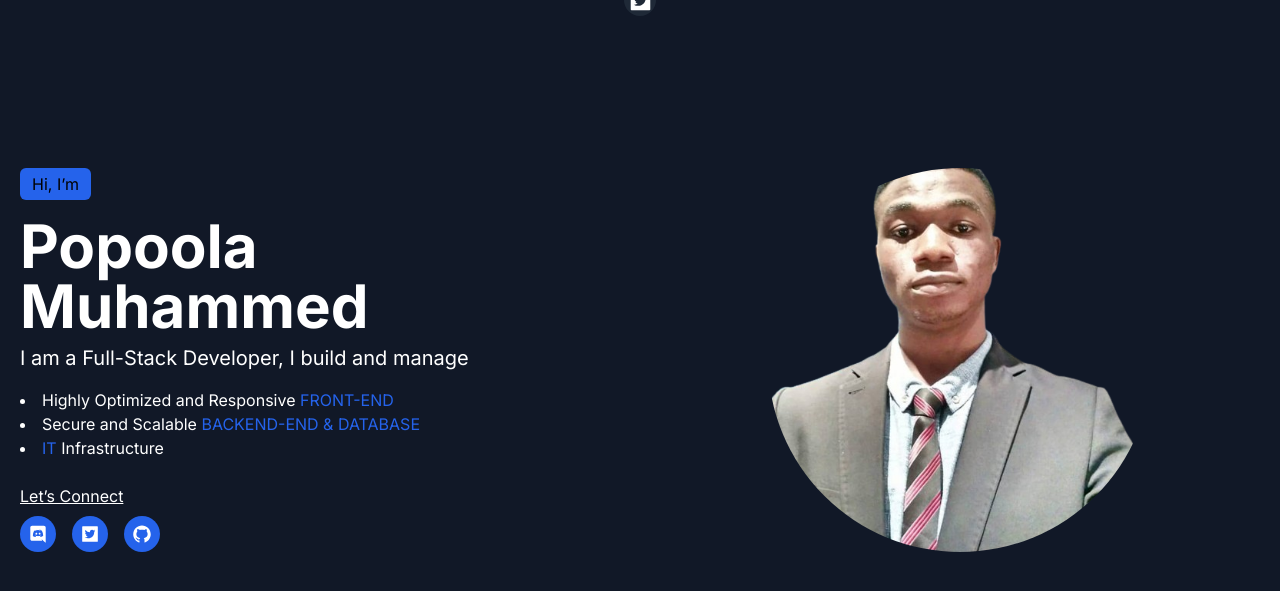
Repository: muhammedctgr/hammedctgr
Page: /
The author's editor kept a copy of each file at every save. The page is drawn from the files as they stood at one save, then again after a run of saves.
The browser window is 1280 px wide. The pictures show the whole page.
The project was rebuilt for these pictures with package versions that can differ from the ones it lists, and the page was loaded fresh each time. The framework's server and built-in components were replaced by stand-ins that run in the browser. Also part of the build but not shown: next.config.mjs.

Above is the page before, as saved 2024-07-29 20:11:42.

After the next 2 saves:
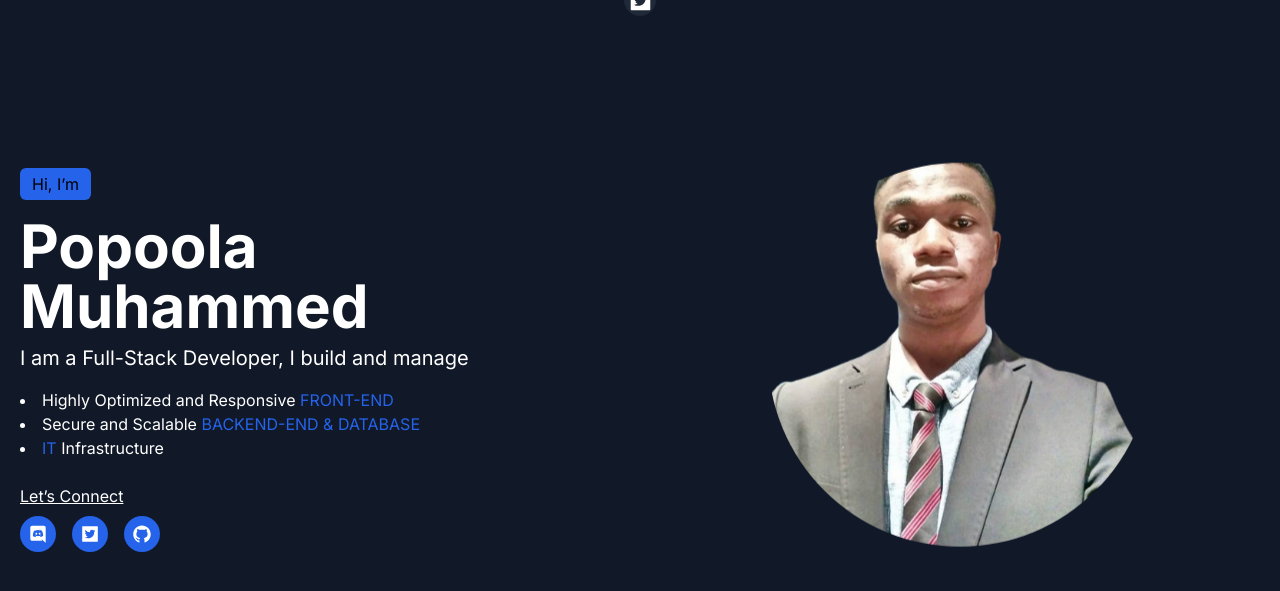
The 2 saves are shown as one change because they came seconds apart.
The last was saved 56 s later.
--- a/components/Hero.tsx
+++ b/components/Hero.tsx
@@ -34,7 +34,7 @@ const Hero = () => {
         </div>
         <div className="flex-1 p-5">
           <div className="relative w-48 h-48 mx-auto md:w-72 md:h-72 lg:w-96 lg:h-96">
-            <Image src={profilePic} alt="Popoola Muhammed" layout="fill" className="rounded-full object-cover" />
+            <Image src={profilePic} alt="Popoola Muhammed" layout="fill" className="rounded-full object-cover animate-upDown" />
           </div>
           <div className="absolute top-0 left-1/2 transform -translate-x-1/2 -translate-y-1/2 w-8 h-8 bg-gray-800 rounded-full flex items-center justify-center">
             <AiFillTwitterSquare size={25} />
